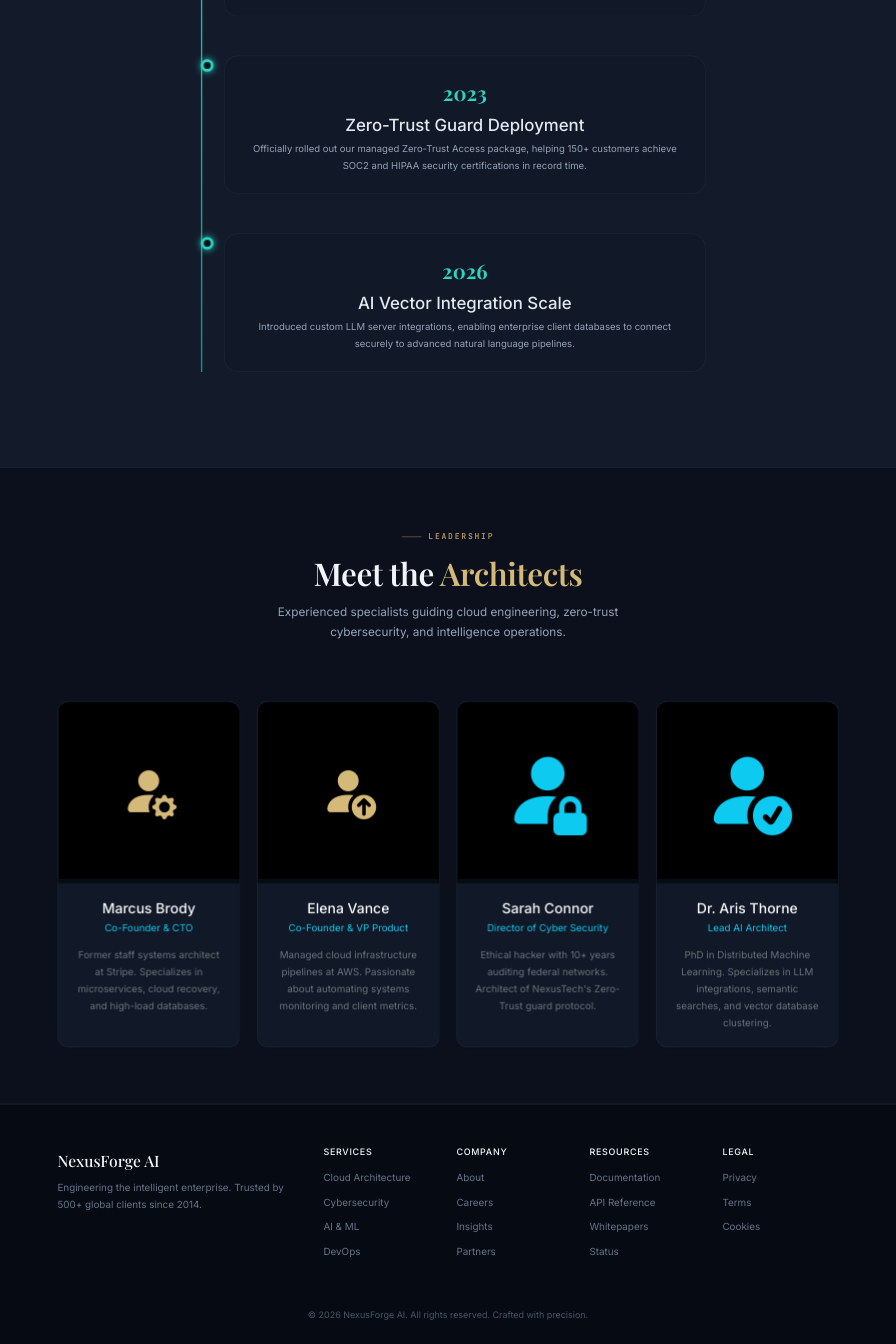
Repository: ruzni-dev/project-showcase
Page: pages/52-IT-Solutions-Website/pages/about.html
An editor plug-in stored every save of this project. The page is shown before and after the next save, followed by the edit.
The browser window is 1280 px wide. The pictures show the part of the page from y = 1468 to 3388 px (the page is 3388 px tall), at 70% of full size.
Some web fonts or font styles are not loaded; a fallback is used.

Above is the page before, as saved 2026-05-24 22:41:26.

After the next save:
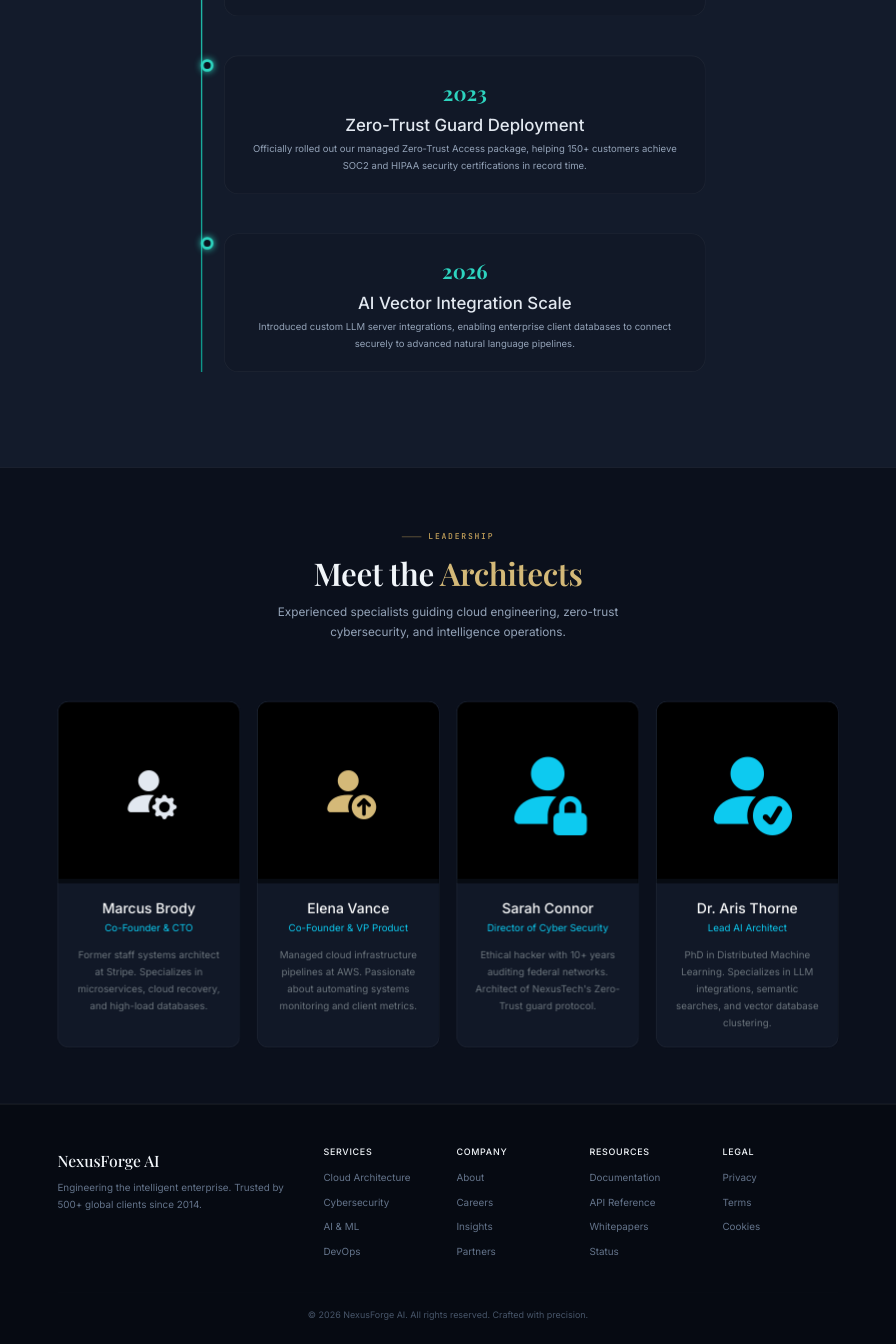
Saved 2 min 14 s later.
--- a/pages/52-IT-Solutions-Website/pages/about.html
+++ b/pages/52-IT-Solutions-Website/pages/about.html
@@ -167,7 +167,9 @@
                     <div class="team-card h-100">
                         <div class="team-img-wrapper text-center bg-black bg-opacity-30 d-flex align-items-center justify-content-center py-5">
                             <!-- Inline Premium Avatar Icon Graphic -->
-                            <i class="bi bi-person-fill-gear gold-text" style="font-size: 5rem;"></i>
+                            <div class="service-icon-wrap">
+                                <i class="bi bi-person-fill-gear" style="font-size: 5rem;"></i>
+                            </div>
                             <div class="team-socials">
                                 <a href="#" class="team-social-link"><i class="bi bi-linkedin"></i></a>
                                 <a href="#" class="team-social-link"><i class="bi bi-github"></i></a>
